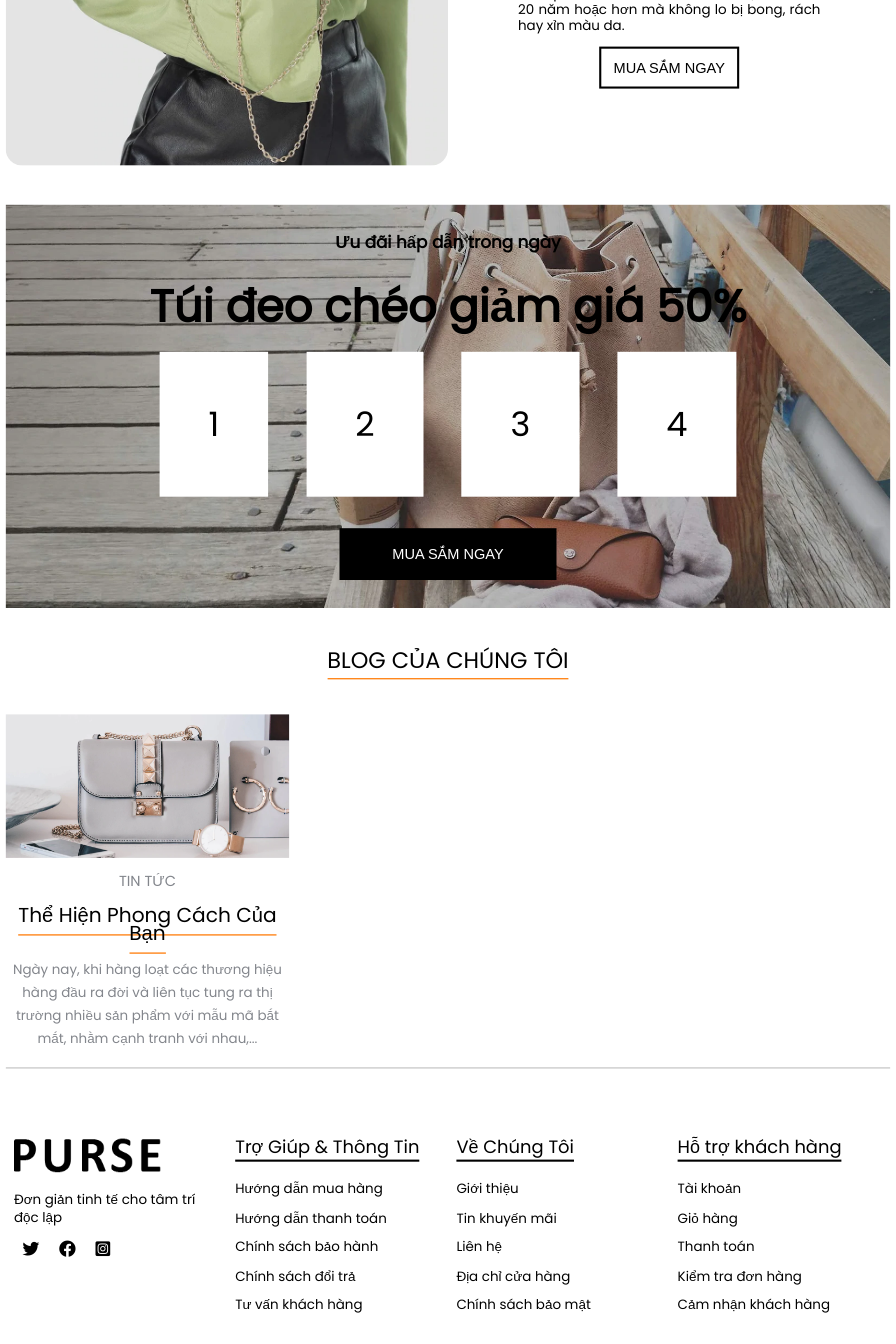
Repository: minh352623/project_firebase
Page: trangchu.html
The author's editor kept a copy of each file at every save. The page is drawn from the files as they stood at one save, then again after the next save.
The browser window is 1280 px wide. The pictures show the part of the page from y = 3581 to 5501 px (the page is 5501 px tall), at 70% of full size.
Backgrounds fixed to the window are drawn as part of the page. Some web libraries are served in a nearby version.

Above is the page before, as saved 2022-05-12 21:11:25.

After the next save:
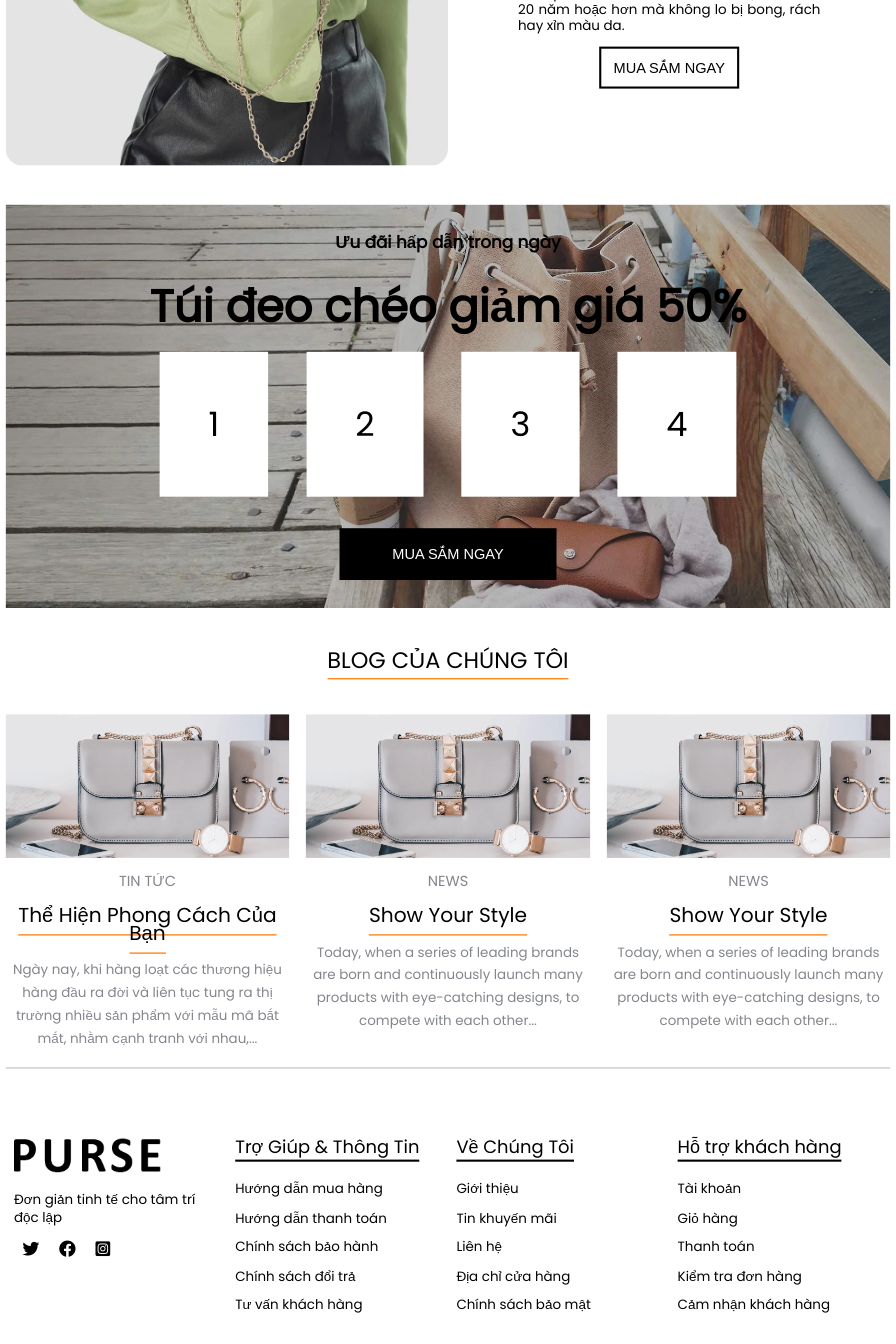
Saved 114 s later.
--- a/trangchu.html
+++ b/trangchu.html
@@ -215,7 +215,7 @@
               </div>
             </div>
           </div>
-          <div class="main-blog-item none">
+          <div class="main-blog-item ">
             <div class="main-blog-item-img">
               <img src="./assets/img/New folder/blog1.webp" alt="" />
             </div>
@@ -235,7 +235,7 @@
               </div>
             </div>
           </div>
-          <div class="main-blog-item none">
+          <div class="main-blog-item ">
             <div class="main-blog-item-img">
               <img src="./assets/img/New folder/blog1.webp" alt="" />
             </div>
